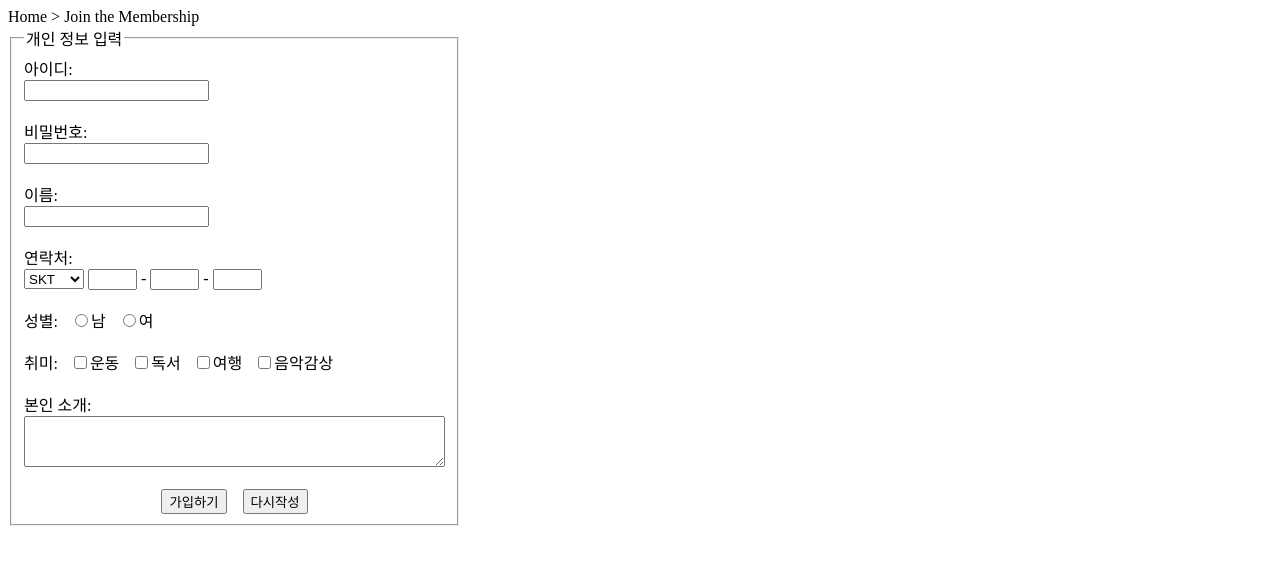
Repository: parkgyutaee/My_JAVA_Project
Page: http://localhost/JSPStudy/form_membership01.jsp
An editor plug-in stored every save of this project. The page is shown before and after the next save, followed by the edit.
The browser window is 1280 px wide. The pictures show the whole page.
The page is served by Tomcat 10.

Above is the page before, as saved 2025-07-10 04:04:45.

After the next save:
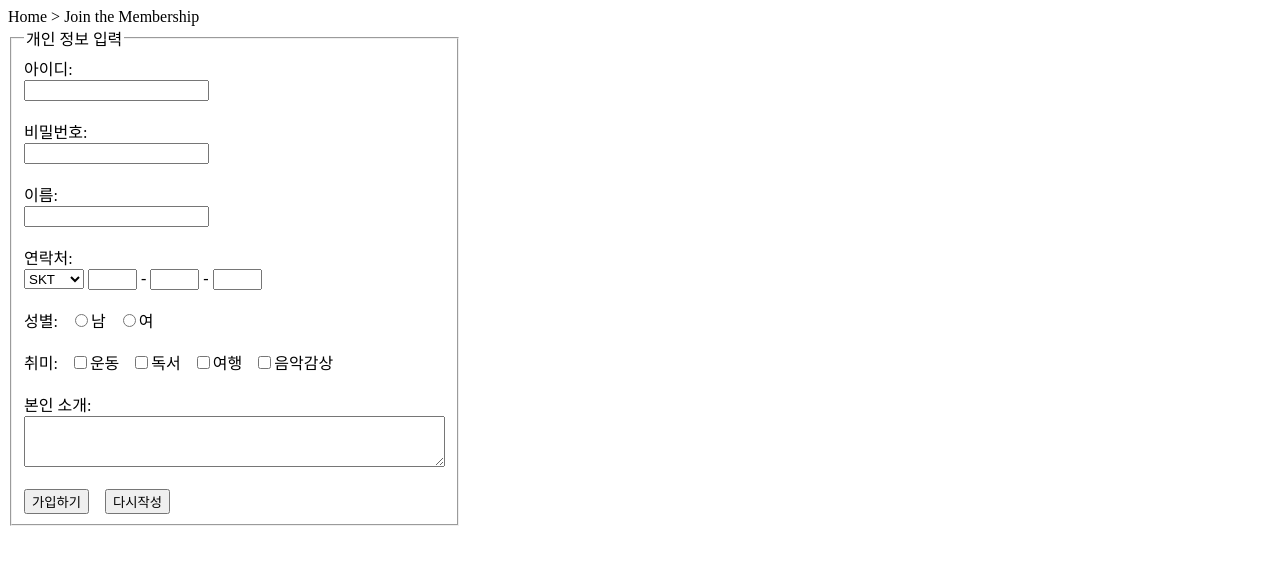
Saved 98 s later.
--- a/Workspace/JSPStudy/src/main/webapp/form_membership01.jsp
+++ b/Workspace/JSPStudy/src/main/webapp/form_membership01.jsp
@@ -38,11 +38,11 @@
 		<textarea type="introduce_area" rows="3" cols="50" >
 		</textarea> <br><br>
 
-		<div align = "center">
+
 			<input type="submit" value="가입하기">
 			&nbsp;&nbsp;
 			<input type="reset" value="다시작성">
-		</div>
+
 
 	</fieldset>
 </body>
